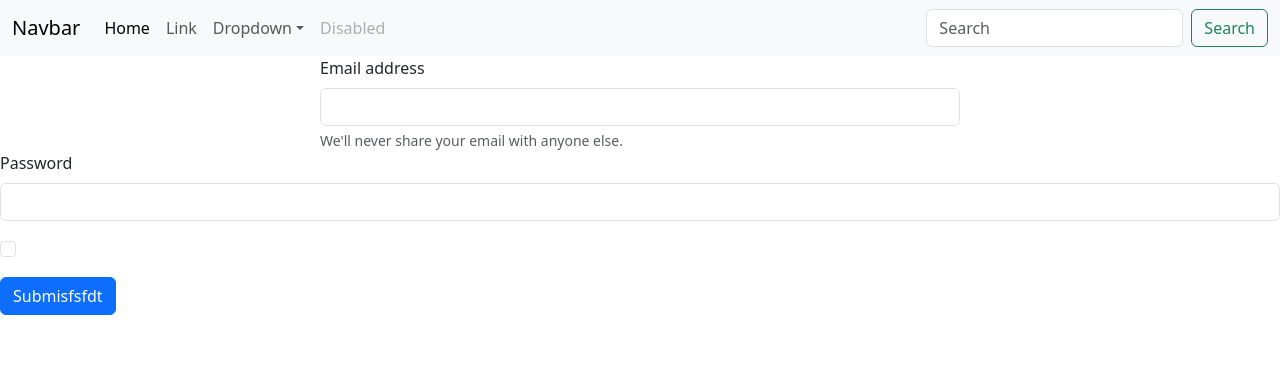
Repository: suraj-yadav7/createpost-redux
Page: /
These files come from the project's save history. The page is drawn as it stood at one moment and after the next save; the edit follows.
The browser window is 1280 px wide. The pictures show the whole page.
The project was rebuilt for these pictures with package versions that can differ from the ones it lists, and the page was loaded fresh each time. Also part of the build but not shown: vite.config.js, src/App.css, src/index.css.

Above is the page before, as saved 2023-05-15 23:46:40.

After the next save:
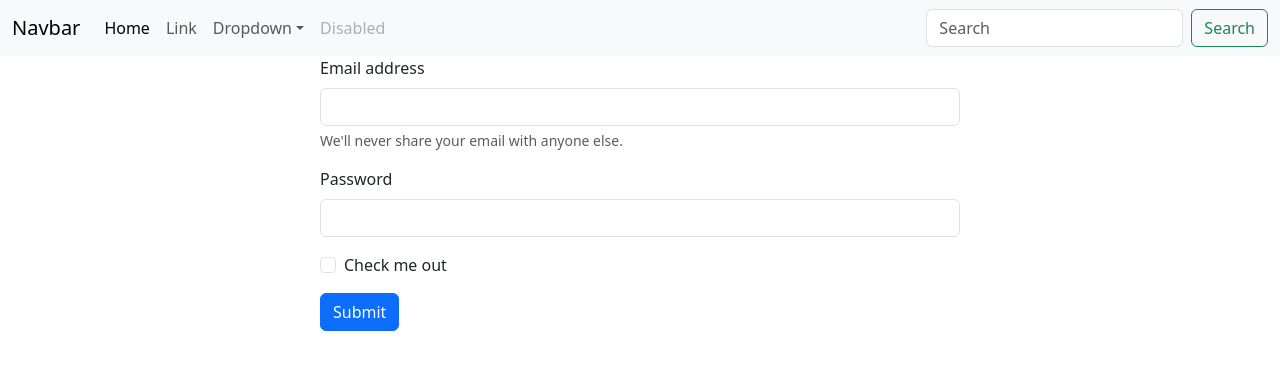
Saved 114 s later.
--- a/src/components/create.jsx
+++ b/src/components/create.jsx
@@ -1,25 +1,26 @@
 import React from 'react'
 
 const Create = () => {
-    return (
-        <>
-            <form>
-                <div class=" mx-auto w-50">
-                    <label for="exampleInputEmail1" class="form-label">Email address</label>
-                    <input type="email" class="form-control" id="exampleInputEmail1" aria-describedby="emailHelp" />
-                    <div id="emailHelp" class="form-text">We'll never share your email with anyone else.</div>
-                </div>
-                <div class="mb-3">
-                    <label for="exampleInputPassword1" class="form-label">Password</label>
-                    <input type="password" class="form-control" id="exampleInputPassword1" />
-                </div>
-                <div class="mb-3 form-check">
-                    <input type="checkbox" class="form-check-input" id="exampleCheck1" />
-                </div>
-                <button type="submit" class="btn btn-primary">Submisfsfdt</button>
-            </form>
-        </>
-    )
+  return (
+    <>
+      <form className='w-50 mx-auto'>
+  <div class="mb-3">
+    <label for="exampleInputEmail1" class="form-label">Email address</label>
+    <input type="email" class="form-control" id="exampleInputEmail1" aria-describedby="emailHelp"/>
+    <div id="emailHelp" class="form-text">We'll never share your email with anyone else.</div>
+  </div>
+  <div class="mb-3">
+    <label for="exampleInputPassword1" class="form-label">Password</label>
+    <input type="password" class="form-control" id="exampleInputPassword1"/>
+  </div>
+  <div class="mb-3 form-check">
+    <input type="checkbox" class="form-check-input" id="exampleCheck1"/>
+    <label class="form-check-label" for="exampleCheck1">Check me out</label>
+  </div>
+  <button type="submit" class="btn btn-primary">Submit</button>
+</form>
+    </>
+  )
 }
 
-export default Create;
+export default Create
